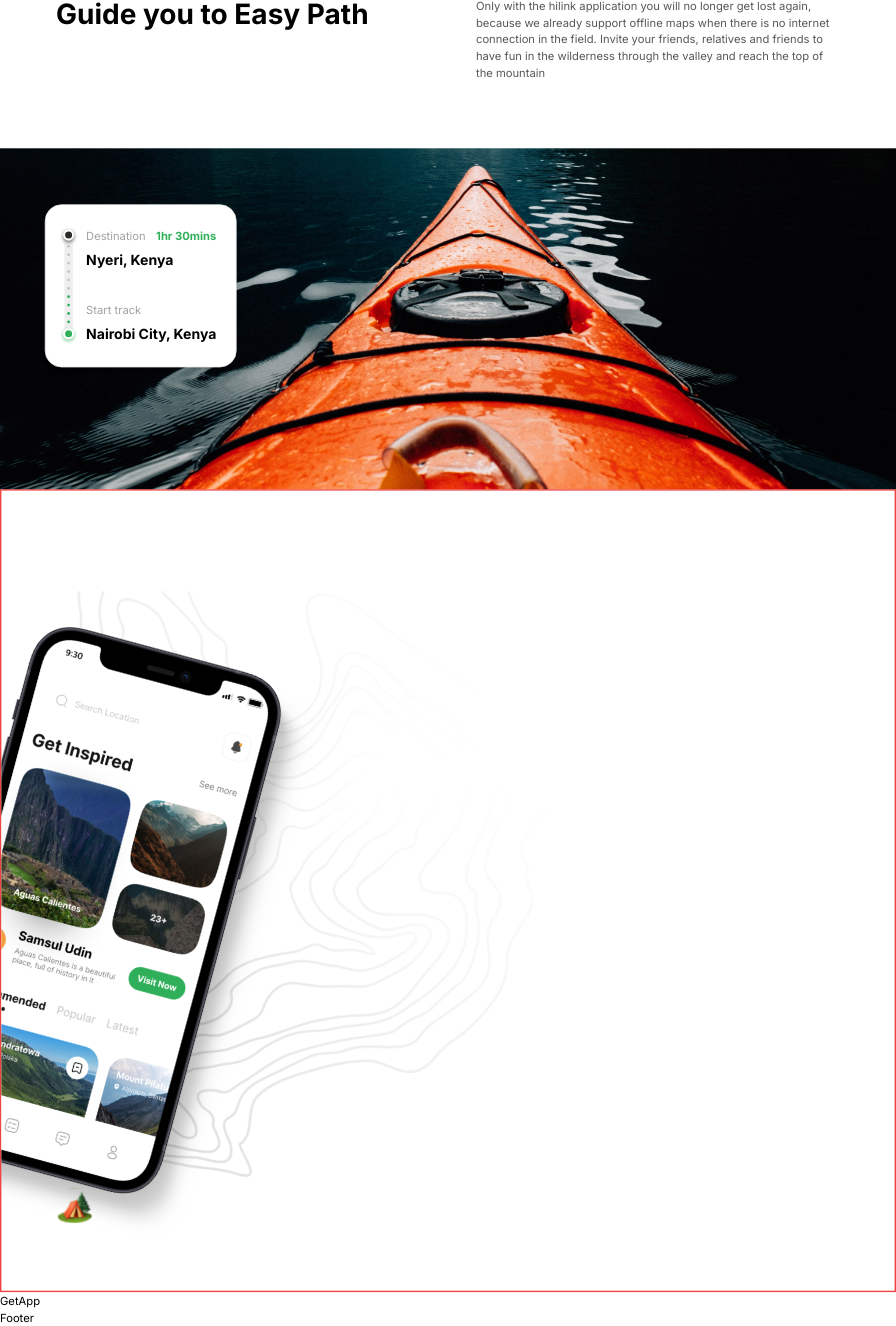
Repository: martin-raphael/travel_agency
Page: /
An editor plug-in stored every save of this project. The page is shown before and after the next save, followed by the edit.
The browser window is 1280 px wide. The pictures show the part of the page from y = 1917 to 3837 px (the page is 3811 px tall before and 3837 px after), at 70% of full size.
The project was rebuilt for these pictures with package versions that can differ from the ones it lists, and the page was loaded fresh each time. The framework's server and built-in components were replaced by stand-ins that run in the browser. Also part of the build but not shown: next.config.mjs.

Above is the page before, as saved 2024-08-09 00:54:25.

### app/layout.tsx
import type { Metadata } from "next";
import Navbar from "@/components/Navbar";
import Footer from "@/components/Footer";
import "./globals.css";

export const metadata: Metadata = {
  title: "Travel App",
  description: "Beauty of Nature",
};

export default function RootLayout({
  children,
}: Readonly<{
  children: React.ReactNode;
}>) {
  return (
    <html lang="en">
      <body>
        <Navbar />
        <main className="relative overflow-hidden">{children}</main>
        <Footer />
      </body>
    </html>
  );
}

### components/Navbar.tsx
import { NAV_LINKS } from "@/constants";
import Image from "next/image";
import Link from "next/link";
import React from "react";
import Button from "./Button";

const Navbar = () => {
  return (
    <nav className=" flexBetween max-container padding-container relative z-30 py-3">
      <Link href="/">
        <Image src="/hilink-logo.svg" alt="logo" width={74} height={29} />
      </Link>
      <ul className="hidden h-full gap-12 lg:flex">
        {NAV_LINKS.map((link) => (
          <Link
            href={link.href}
            key={link.key}
            className="regular-16 text-gray-50 flexCenter cursor-pointer pb-1.5 transition-all hover:font-bold"
          >
            {link.label}
          </Link>
        ))}
      </ul>

      <div className=" lg:flexCenter hidden">
        <Button
          type="button"
          title="Get Started"
          icon="/user.svg"
          variant="btn_dark_green"
        />
      </div>
      <Image
        src="menu.svg"
        alt="menu"
        width={32}
        height={32}
        className="inline-block cursor-pointer lg:hidden"
      />
    </nav>
  );
};

export default Navbar;

### components/Camp.tsx
import { PEOPLE_URL } from "@/constants";
import Image from "next/image";
import React from "react";
interface CampProps {
  backgroundImage: string;
  title: string;
  subtitle: string;
  peopleJoined: string;
}

const CampSite = ({
  backgroundImage,
  title,
  subtitle,
  peopleJoined,
}: CampProps) => {
  return (
    <div
      className={`h-full w-full min-w-[1100px] ${backgroundImage}
  bg-cover bg-no-repeat lg:rounded-r-5xl 2xl:rounded-5xl`}
    >
      <div className="flex h-full flex-col items-start justify-between p-6 lg:px-20 lg:py-10">
        <div className="flexCenter gap-4">
          <div className="rounded-full bg-green-50 p-4">
            <Image
            src="/folded-map.svg"
            alt="map"
            width={28}
            height={28} />
          </div>
          <div className="flex flex-col gap-1">
            <h4 className="bold-18 text-white"> {title}</h4>
            <p className="regular-14 text-white"> {subtitle}</p>
          </div>
        </div>

        <div className="flexCenter gap-6 ">
          <span className="flex -space-x-4 overflow-hidden">
            {PEOPLE_URL.map((url) => (
              <Image
              className="inline-block h-10 w-10 rounded-full"
              src={url}
              key={url}
              alt="people"
              width={52}
              height={52} />
            ))}
          </span>
          <p className="bold-16 md:bold-20 text-white"> {peopleJoined}</p>
        </div>
      </div>
    </div>
  );
};

const Camp = () => {
  return (
    <section
      className=" 2xl:max-container relative flex flex-col py-10 lg:mb-10 lg:py-20 xl:mb-20"
    >
      <div
        className="hide-scrollbar flex h-[340px] w-full items-start
      justify-start gap-8 overflow-x-auto lg:h-[400px] xl:h-[640px]"
      >
        <CampSite
          backgroundImage="bg-bg-img-1"
          title="Luxury Camp site"
          subtitle="Nyeri, Kenya"
          peopleJoined="300+ visited"
        />
        <CampSite
         backgroundImage="bg-bg-img-2"
         title="The Ranch Camp site"
         subtitle="Kirinyaga, Kenya"
         peopleJoined="800+ visited" />
      </div>
      <div className="flexEnd mt-10 px-6 lg:-mt-60 lg:mr-6">
          <div className="bg-green-50 p-8 lg:max-w-[500px] xl:max-w-[734px]
          xl:rounded-5xl xl:px-16 xl:py-20 relative w-full overflow-hidden rounded-3xl">
            <h2 className="regular-24 md:regular-32 2xl:regular-64 capitalize text-white">
              <strong>Feeling lost</strong> and you want to explore the Central Kenya?
            </h2>
            <p className="regular-14 xl:regular-16 mt-5 text-white">Starting from the anxiety of the climbers when visiting a new climbing location, the possibility of getting lost is very large.
               That&apos;s why we are here for those of you who want to start an adventure.</p>

               <Image src="/quote.svg" alt="Quote" width={186} height={219} className="camp-quote"/>

          </div>
      </div>
    </section>
  );
};

export default Camp;

### components/Features.tsx
import Image from "next/image";
import React from "react";

const Features = () => {
  return (
    <section
      className="border-2 border-red-500 flex-col flexCenter overflow-hidden bg-feature-bg
    bg-center bg-no-repeat py-24"
    >
      <div className="max-container padding-container relative w-full justify-end">
        <div className="flex flex-1 lg:min-h-[900px]">
          <Image
          className="feature-phone"
          src="/phone.png"
          alt="phone"
          width={440}
          height={1000}/>
        </div>
        <div className="z-20 flex w-full flex-col lg:w-[60%]">
          <div className="relative">
            <Image
            src="/camp.svg"
            alt="camp"
            width={50}
            height={50}/>

          </div>

        </div>
      </div>
    </section>
  );
};

export default Features;

### components/Guide.tsx
import Image from "next/image";
import React from "react";

const Guide = () => {
  return (
    <section className="flexCenter flex-col">
      <div className=" padding-container max-container w-full pb-24">
        <Image src="/camp.svg" alt="camp" width={50} height={50} />
        <p className="uppercase regular-18 -mt-1 mb-3 text-green-50">
          We are here for you...
        </p>
        <div className="flex flex-wrap justify-between gap-5 lg:gap-10">
          <h2 className="bold-40 lg:bold-60 xl:mx-w-[390px]">
            Guide you to Easy Path
          </h2>
          <p className="regular-16 text-gray-50 xl:max-w-[520px]">
            Only with the hilink application you will no longer get lost again,
            because we already support offline maps when there is no internet
            connection in the field. Invite your friends, relatives and friends
            to have fun in the wilderness through the valley and reach the top
            of the mountain
          </p>
        </div>
      </div>
      <div className="flexCenter max-container relative w-full ">
        <Image
          className="w-full object-cover object-center 2xl:rounded-5xl"
          src="/boat.png"
          alt="boat"
          width={1440}
          height={580}
        />

        <div className="absolute flex bg-white py-8 pl-5 pr-7 gap-3 rounded-3xl border
        shadow-md md:left-[5%] lg:top-20">
          <Image
          className="h-full w-auto"
          src="/meter.svg"
          alt="meter"
          width={16}
          height={158}/>
          <div className="flexBetween flex-col">
              <div className="flex w-full flex-col">
                <div className="flexBetween w-full">
                  <p className="regular-16 text-gray-20">Destination </p>
                  <p className="bold-16 text-green-50"> 1hr 30mins</p>
                </div>
                <p className="bold-20 mt-2">Nyeri, Kenya</p>
              </div>
              <div className="flex w-full flex-col">
                  <p className="regular-16 text-gray-20">Start track </p>
                  <h4 className="bold-20 mt-2 whitespace-nowrap"> Nairobi City, Kenya</h4>
              </div>
          </div>

        </div>
      </div>
    </section>
  );
};

export default Guide;

### components/Hero.tsx
import Image from "next/image";
import React from "react";
import Button from "./Button";

const Hero = () => {
  return (
    <section
      className=" max-container padding-container flex
    flex-col gap-20 lg:py-20 py-10 pb-32 md:gap-28 xl:flex-row
    "
    >
      <div className="hero-map" />

      {/* LEFT SIDE-*/}

      <div className="relative z-20 flex flex-1 flex-col xl:w-1/2">
        <Image
          src="/camp.svg"
          alt="camp"
          width={50}
          height={50}
          className="absolute left-[-5px] top-[-30px] w-10 lg:w-[50px]"
        />
        <h1 className="bold-52 lg:bold-88"> Central Kenya Camp Site</h1>
        <p className="regular-16 mt-6 text-gray-30 xl:max-w-[520px]">
          We want to be on each of your journeys seeking the satisfaction of
          seeing the incorruptible beauty of nature. We can help you on an
          adventure around the world in just one app
        </p>

        <div className="my-11 flex flex-wrap gap-5">
          <div className="flex items-center gap-2">
            {Array(5)
              .fill(1)
              .map((_, index) => (
                <Image
                  src="/star.svg"
                  alt="Ratings"
                  key={index}
                  width={24}
                  height={24}
                />
              ))}
          </div>
          <p className="bold-16 lg:bold-20 text-blue-70">
            200K
            <span className="regular-16 lg:regular-20 ml-1 underline">
              Excellent Reviews
            </span>
          </p>
        </div>
        <div className="flex flex-col w-full gap-3 sm:flex-row">
          <Button type="button" title="Download App" variant="btn_green" />

          <Button
            type="button"
            title="How we work? "
            icon="/play.svg"
            variant="btn_white"
          />
        </div>
      </div>

      <div className="relative flex flex-1 items-start">
        <div className="relative z-20  w-[268px] flex flex-col gap-8 rounded-3xl bg-green-90 px-7 py-8">
          <div className="flex flex-col">
            <div className="flexBetween">
              <p className="regular-16 text-gray-20">Location</p>
              <Image src="/close.svg" alt="close" width={24} height={24} />
            </div>
            <p className="bold-20 text-white"> Nyeri Region</p>
          </div>
            <div className="flexBetween">
              <div className="flex flex-col">
                <p className="regular-16 block text-gray-20">Distance</p>
                <p className="bold-20 text-white"> 4,420 mi</p>
              </div>
              <div className="flex flex-col">
                <p className="regular-16 block text-gray-20">Elavation</p>
                <p className="bold-20 text-white"> 2.040 km</p>
              </div>
            </div>
          </div>
        </div>

    </section>
  );
};

export default Hero;

### components/Button.tsx
import Image from "next/image";

type ButtonProps = {
  type: "button" | "submit";
  title: string;
  icon?: string;
  variant?: string;
  full?:boolean;
};

const Button = ({ type, title, icon, variant, full }: ButtonProps) => {
  return (
    <button
      className={`flexCenter gap-4 rounded-full border ${variant} ${full && 'w-full'}`}
      type={type}
    >
      {icon && <Image src={icon} alt={title} width={24} height={24} />}
      <label className=" bold-16 whitespace-nowrap cursor-pointer">{title}</label>
    </button>
  );
};

export default Button;

Loaded but not shown: app/page.tsx (common file); components/Footer.tsx (common file); app/globals.css (common file); components/GetApp.tsx (common file); constants/index.ts (common file); tailwind.config.ts (common file)

After the next save:
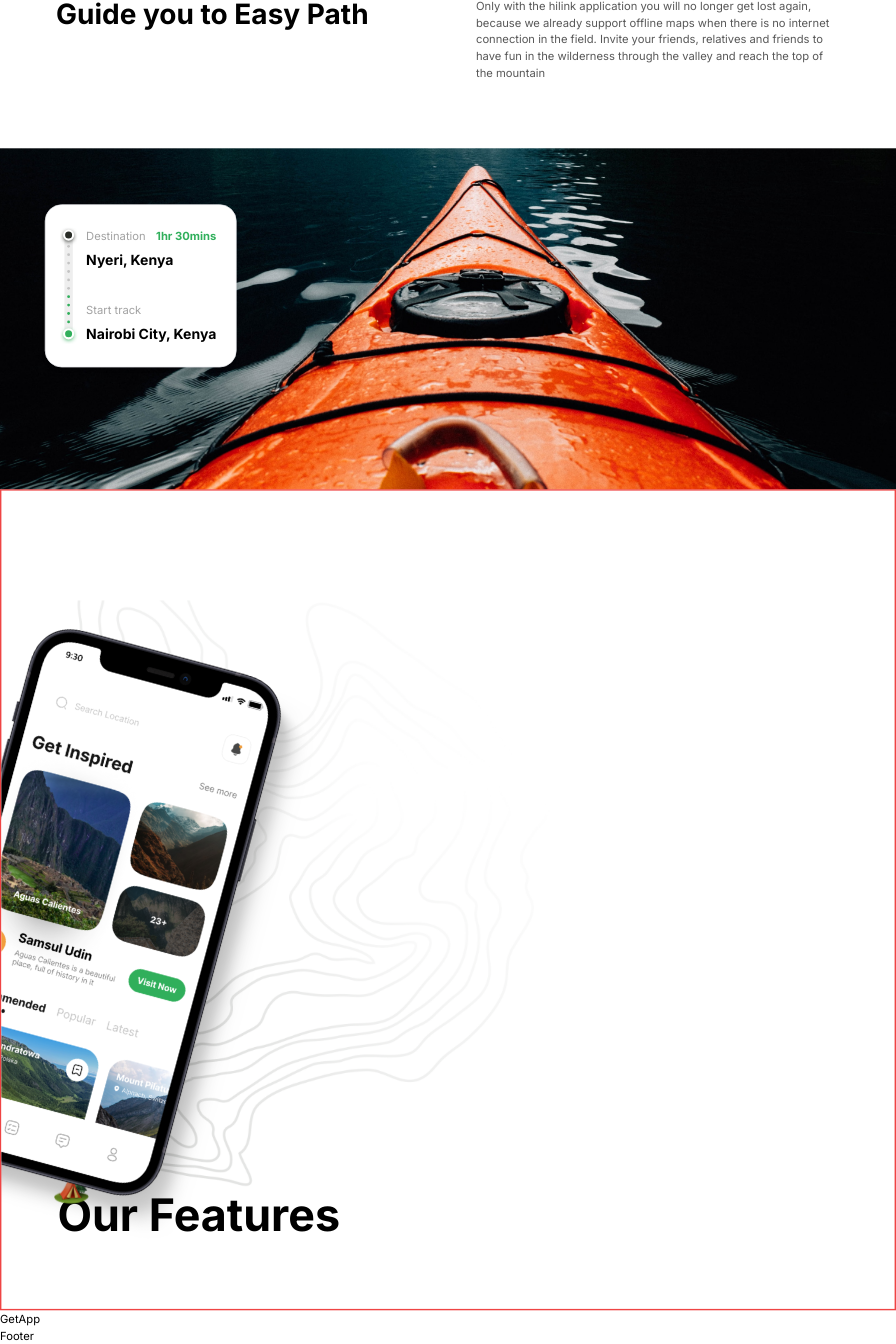
Saved 2 min 52 s later.
--- a/components/Features.tsx
+++ b/components/Features.tsx
@@ -22,9 +22,10 @@ const Features = () => {
             src="/camp.svg"
             alt="camp"
             width={50}
-            height={50}/>
-
+            height={50}
+            className="absolute left-[-5px] top-[-28px]"/>
           </div>
+          <h2 className="bold-40 lg:bold-64">Our Features</h2>
 
         </div>
       </div>
